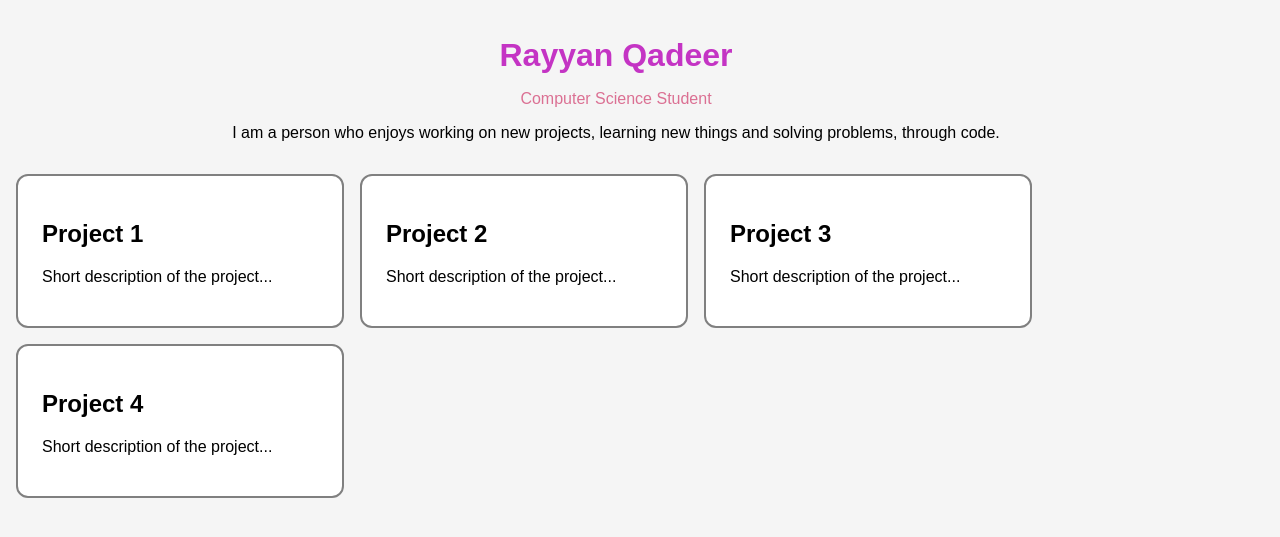
Repository: rayyan-qadeer/rayyan-qadeer
Page: index.html
The author's editor kept a copy of each file at every save. The page is drawn from the files as they stood at one save, then again after the next save.
The browser window is 1280 px wide. The pictures show the whole page.

Above is the page before, as saved 2026-04-22 14:00:33.

### index.html
<!doctype html>
<html lang="en">
  <head>
    <meta charset="UTF-8" />
    <meta name="viewport" content="width=device-width, initial-scale=1.0" />
    <title>Rayyan Qadeer Portfolio</title>
    <link rel="stylesheet" href="./styles/globals.css" />
    <link rel="stylesheet" href="./styles/index.css" />
  </head>
  <body>
    <main>
      <header>
        <h1>Rayyan Qadeer</h1>
        <p class="subtitle">Computer Science Student</p>
        <p class="description">
          I am a person who enjoys working on new projects, learning new things and solving problems, through code.
        </p>
      </header>

      <section class="projects">
        <article class="card">
          <h2>Project 1</h2>
          <p>Short description of the project...</p>
        </article>

        <article class="card">
          <h2>Project 2</h2>
          <p>Short description of the project...</p>
        </article>

        <article class="card">
          <h2>Project 3</h2>
          <p>Short description of the project...</p>
        </article>

        <article class="card">
          <h2>Project 4</h2>
          <p>Short description of the project...</p>
        </article>
      </section>
    </main>
  </body>
</html>

### styles/globals.css
body {
    margin: 0rem;
    font-family: Arial, Helvetica, sans-serif;
    background-color: whitesmoke;
    color: black;
}

### styles/index.css
main {
  padding: 1rem;
  max-width: 1200px;
  margin: 0rem;
}

header {
  text-align: center;
  margin-bottom: 2rem;
}

header h1 {
  margin-bottom: 0.5rem;
  color: rgb(196, 52, 196);
}

.subtitle {
  color: palevioletred;
  margin-bottom: 0.5rem;
}

.projects {
  display: flex;
  flex-direction: column;
  gap: 1rem;
}

.card {
  background-color: white;
  padding: 1.5rem;
  border-radius: 12px;
  border: 2px solid gray;
}

.card:hover {
  transform: translateY(-4px);
  background-color: plum;
}

@media (min-width: 768px) {
  .projects {
    flex-direction: row;
    flex-wrap: wrap;
  }

  .card {
    width: 48%;
  }
}

@media (min-width: 1024px) {
  .card {
    width: 23%;
  }
}

After the next save:
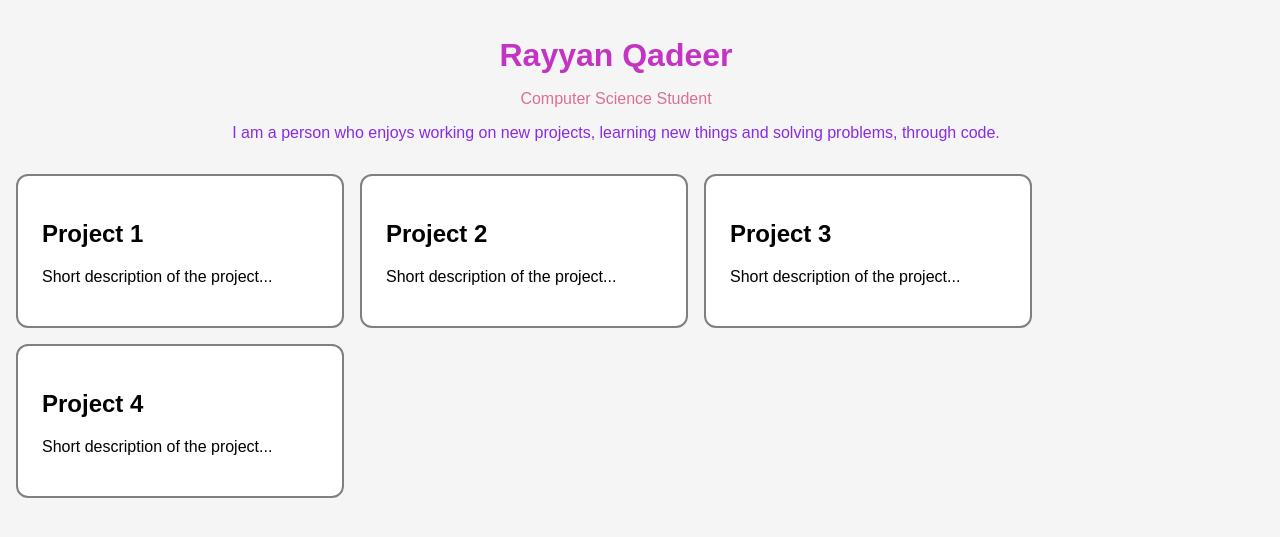
Saved 2 min 47 s later.
--- a/styles/index.css
+++ b/styles/index.css
@@ -17,6 +17,10 @@ header h1 {
 .subtitle {
   color: palevioletred;
   margin-bottom: 0.5rem;
+}
+
+.description {
+    color:blueviolet;
 }
 
 .projects {
